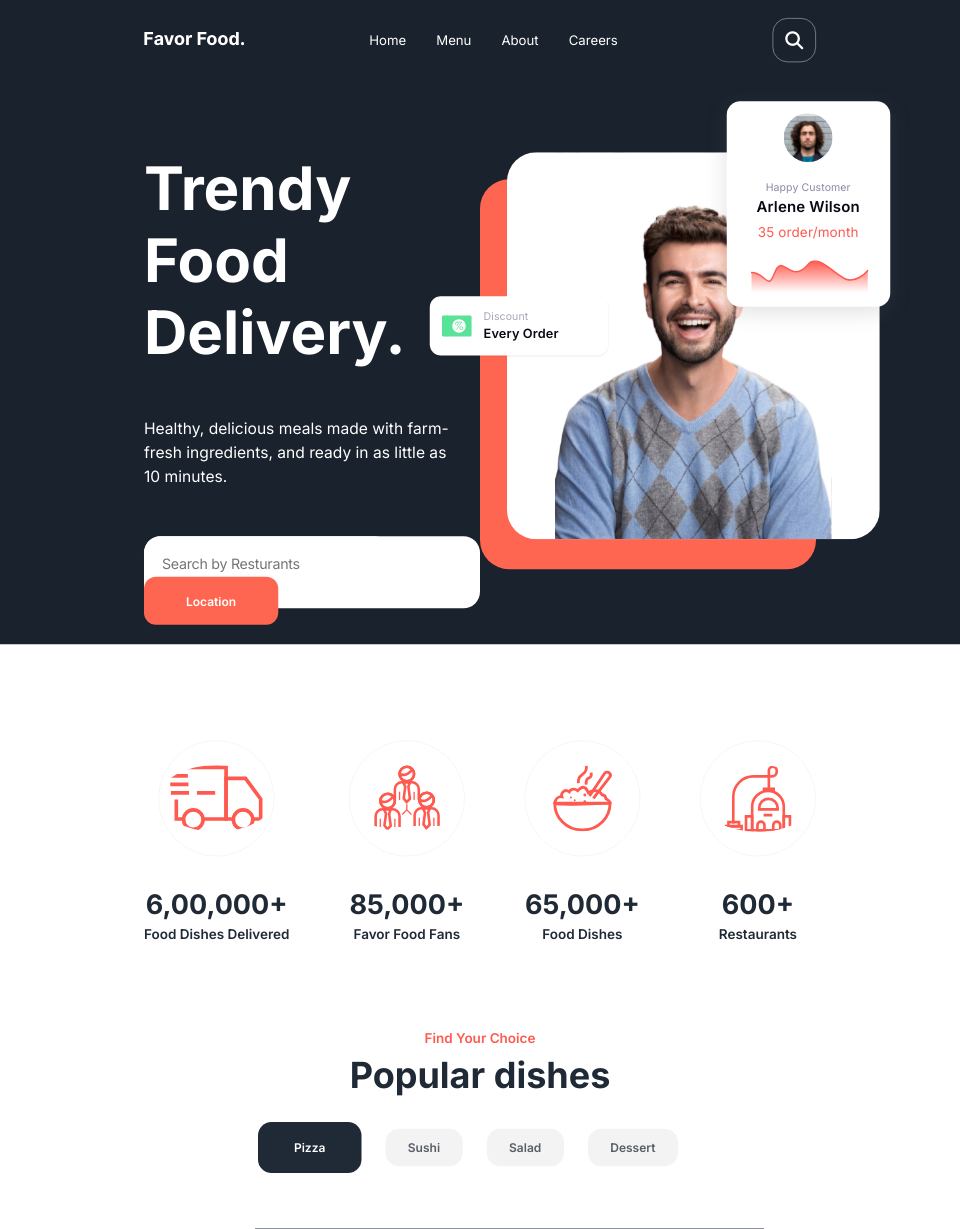
Repository: badhon252/favor-food
Page: index.html
An editor plug-in stored every save of this project. The page is shown before and after the next save, followed by the edit.
The browser window is 1280 px wide. The pictures show the whole page, at 75% of full size.
The style sheet was rebuilt from its Sass, Less or Tailwind sources for each picture, by a compiler version that may differ from the author's.

Above is the page before, as saved 2022-09-12 18:08:39.

After the next save:
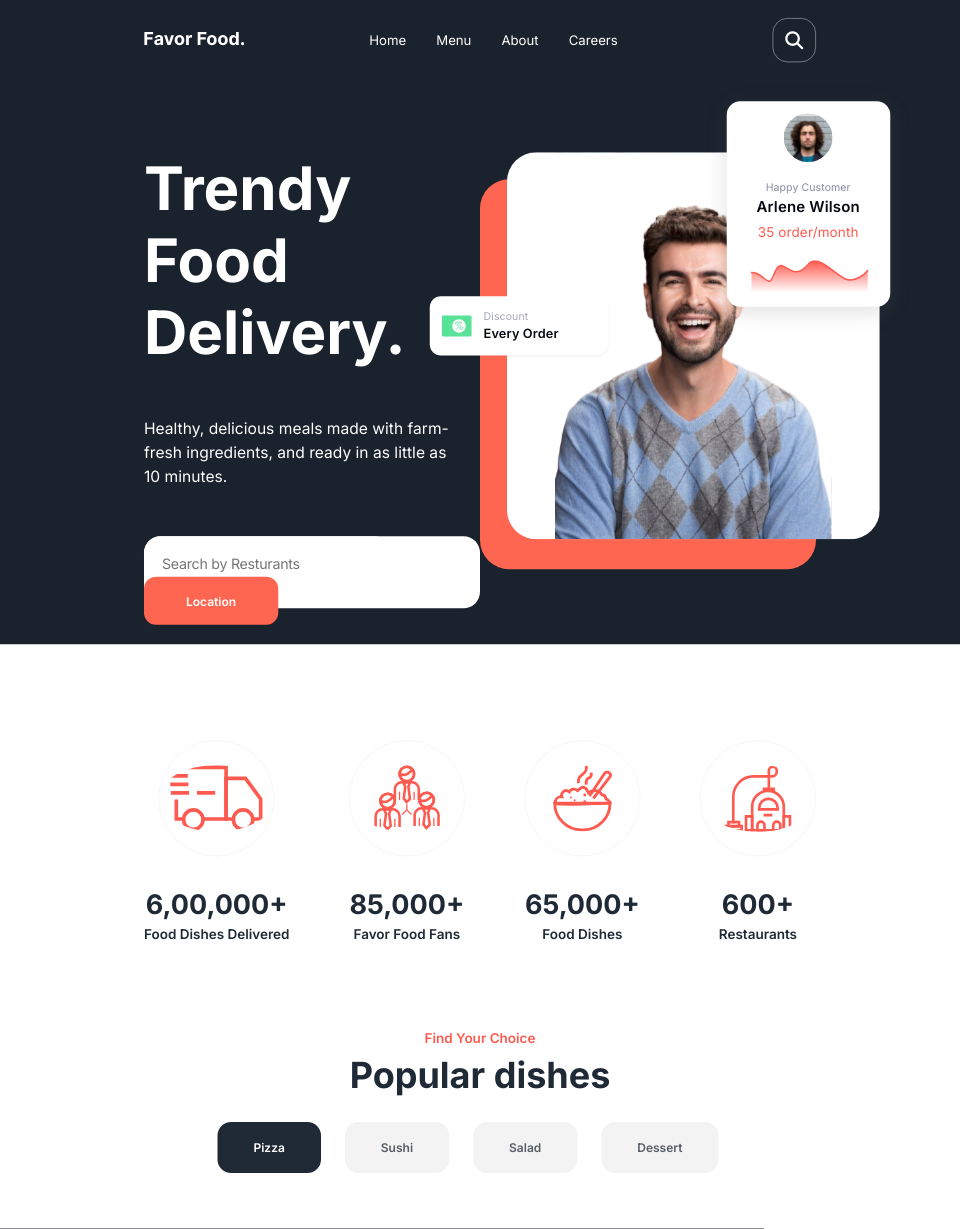
Saved 8 s later.
--- a/scss/style.scss
+++ b/scss/style.scss
@@ -299,14 +299,14 @@ header {
           color: #575e66;
           background: #f3f3f3;
           border-radius: 18px;
+          padding: 1.5rem 3rem;
         }
         .active-btn {
           background: #202a36;
           border-radius: 18px;
           color: #fff;
-          padding: 1.5rem 3rem;
-        }
-      }
-    }
-  }
-}
+        }
+      }
+    }
+  }
+}
